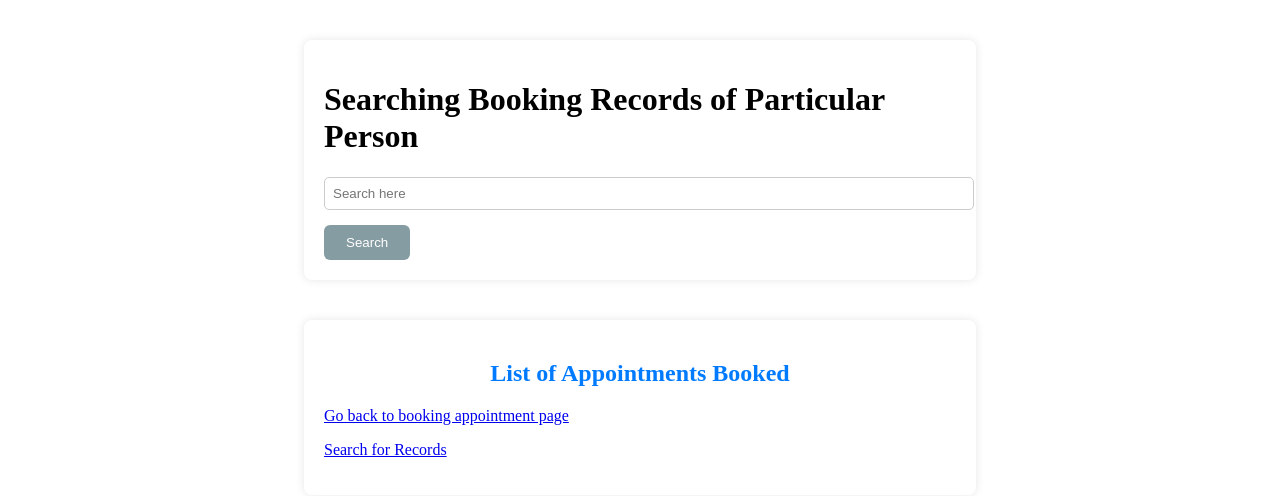
Repository: Arisha004/Hospital-Appointment-Management-System
Page: http://localhost/list.php
These files come from the project's save history. The page is drawn as it stood at one moment and after a run of saves; the edit follows.
The browser window is 1280 px wide. The pictures show the whole page.
The page is run by PHP 8.4 with error messages shown; the project is at /var/www/html/. Queries for data that is not in the repository find no rows.

Above is the page before, as saved 2025-10-25 01:07:06.

After the next 2 saves:
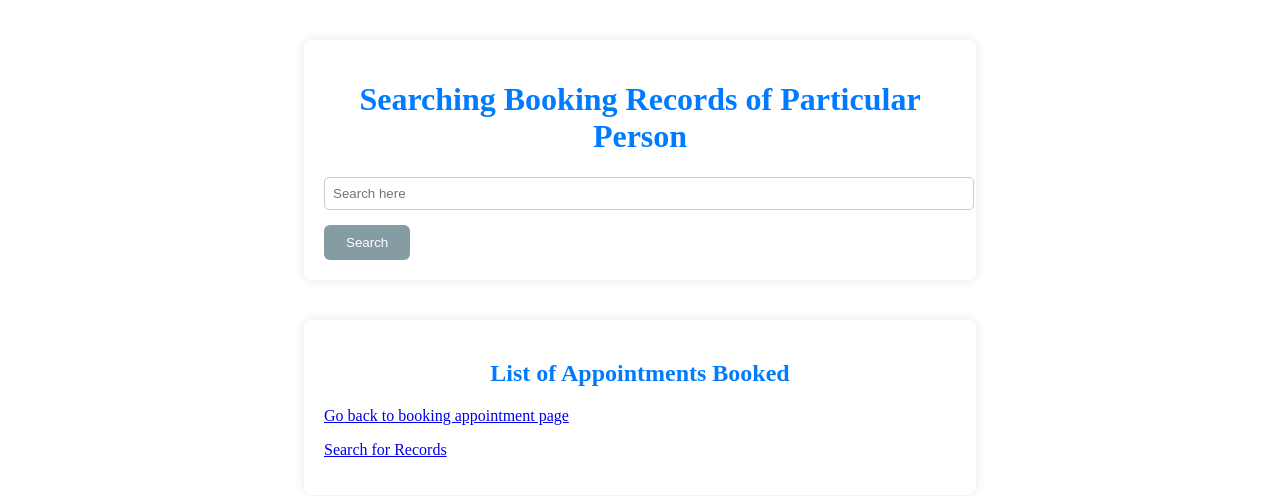
The 2 saves are shown as one change because they came seconds apart.
The last was saved 60 s later.
--- a/style2.css
+++ b/style2.css
@@ -29,6 +29,10 @@ button:hover {
   background-color: #7498a3;
   transform: translateY(-2px);
 }
+h1{
+    text-align: center;
+    color: #007bff;
+}
 
   input[type=submit] {
       background-color: #007bff;
